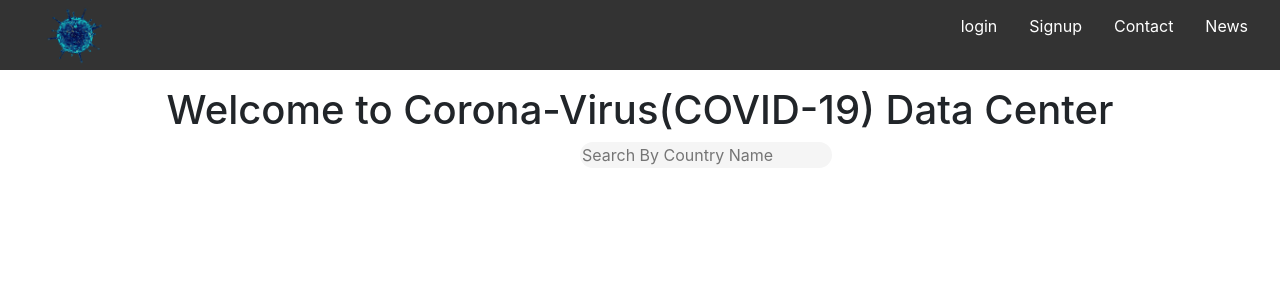
Repository: xthashankar/COVID-19-data-
Page: javascript/news.html
These files come from the project's save history. The page is drawn as it stood at one moment and after the next save; the edit follows.
The browser window is 1280 px wide. The pictures show the whole page.

Above is the page before, as saved 2020-04-09 16:54:14.

After the next save:
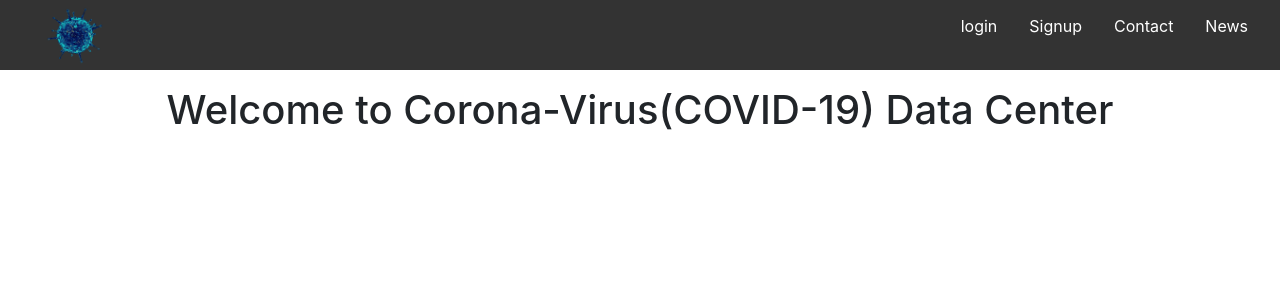
Saved 4 s later.
--- a/javascript/news.html
+++ b/javascript/news.html
@@ -22,7 +22,7 @@
     </ul>
 
     <h1>Welcome to Corona-Virus(COVID-19) Data Center</h1>
-    <input type="text" name="filter" id="search" placeholder="Search By Country Name" onkeyup="search()">
+
 </body>
 <script src="javascript/main.js"></script>
 </html>
